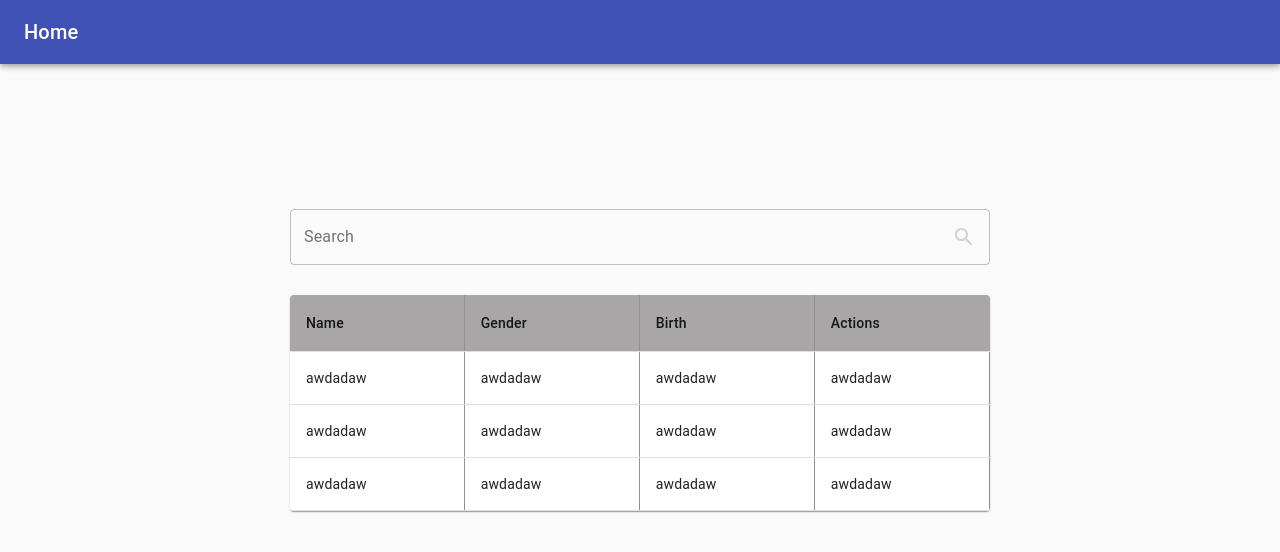
Repository: GabrielBrandaoProjetos/patient-manager
Page: /
An editor plug-in stored every save of this project. The page is shown before and after the next save, followed by the edit.
The browser window is 1280 px wide. The pictures show the whole page.
The project was rebuilt for these pictures with package versions that can differ from the ones it lists, and the page was loaded fresh each time.

Above is the page before, as saved 2021-09-14 13:49:29.

After the next save:
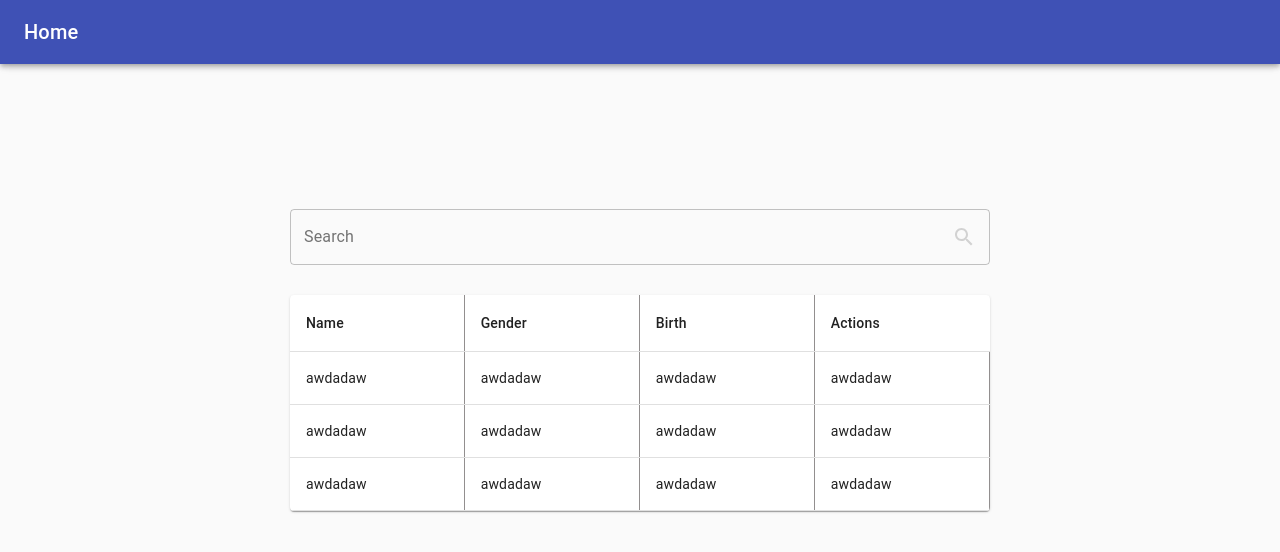
Saved 3 min 34 s later.
--- a/src/pages/Home/Home.tsx
+++ b/src/pages/Home/Home.tsx
@@ -36,7 +36,7 @@ const useStyles = makeStyles((theme: Theme) =>
 
     },
     row: {
-      background: "#a8a6a6"
+      // background: "#a8a6a6"
     },
     cell: {
       borderRight: "1px solid #928f8f"
